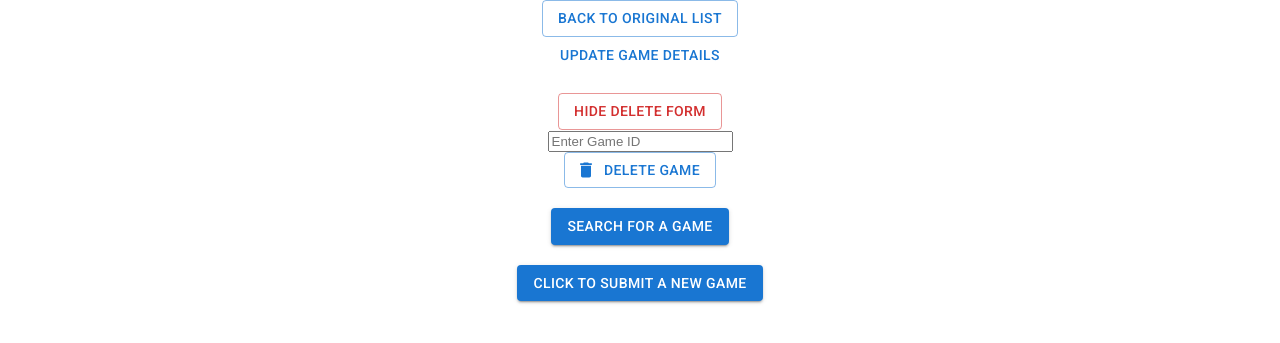
Repository: The-Software-Guild/assessment-2-react-nj10deadend
Page: / (app in Part-2/React-section/frontend/), after clicking the first element matching `button.MuiButton-outlinedError`
The author's editor kept a copy of each file at every save. The page is drawn from the files as they stood at one save, then again after the next save.
The browser window is 1280 px wide. The pictures show the whole page.
The page's requests for data from a server got no answer. The project was rebuilt for these pictures with package versions that can differ from the ones it lists, and the page was loaded fresh each time. No one was signed in, and anything a server would have sent is missing. Also part of the build but not shown: Part-2/React-section/frontend/src/components/GameCards.js.

Above is the page before, as saved 2021-12-19 16:26:45.

After the next save:
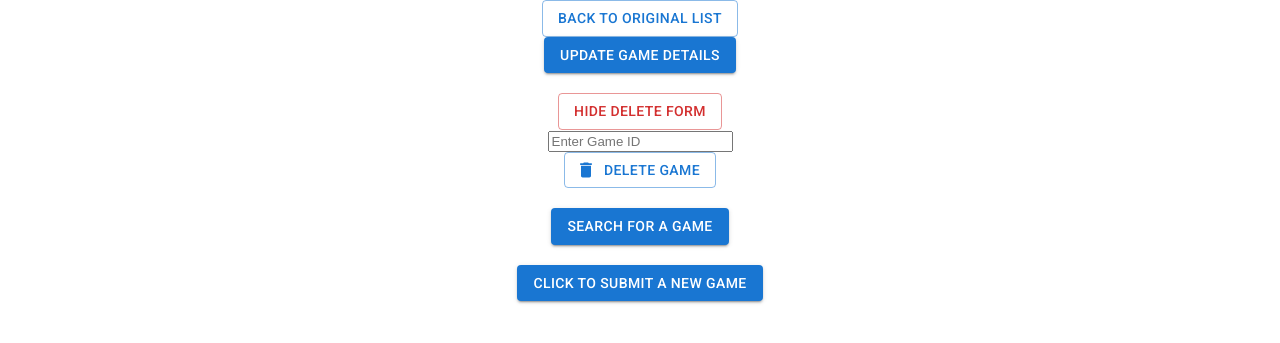
Saved 62 s later.
--- a/Part-2/React-section/frontend/src/components/UpdateGame.js
+++ b/Part-2/React-section/frontend/src/components/UpdateGame.js
@@ -38,7 +38,7 @@ function UpdateGame ({getFetchGameServer}) {
     }
     return (
         <div>
-            <Button onClick={() => {setClicked(!clicked)}}>{updateButtonText}</Button>
+            <Button variant="contained" onClick={() => {setClicked(!clicked)}}>{updateButtonText}</Button>
                 {clicked && (
                     <div>
                         <form onSubmit={updateChanges}>
